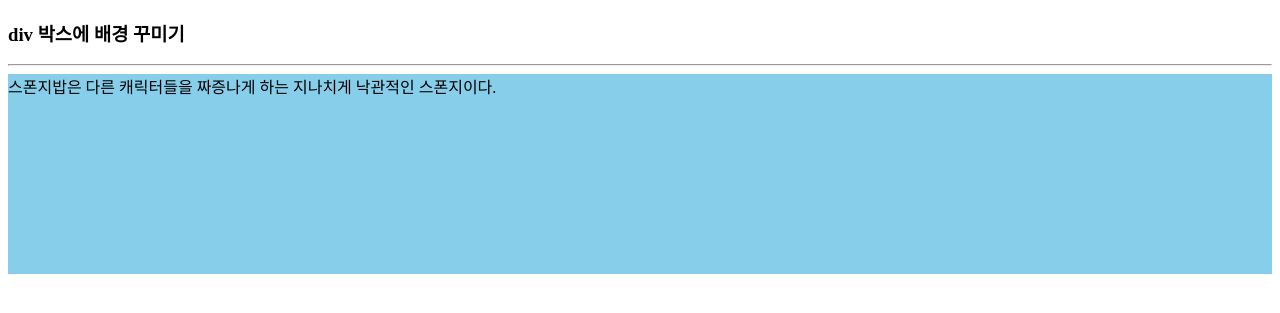
Repository: codelily98/Web
Page: CSS3/src/main/webapp/04_cssBoxModel/exam05.html
The author's editor kept a copy of each file at every save. The page is drawn from the files as they stood at one save, then again after the next save.
The browser window is 1280 px wide. The pictures show the whole page.

Above is the page before, as saved 2024-08-12 05:23:52.

After the next save:
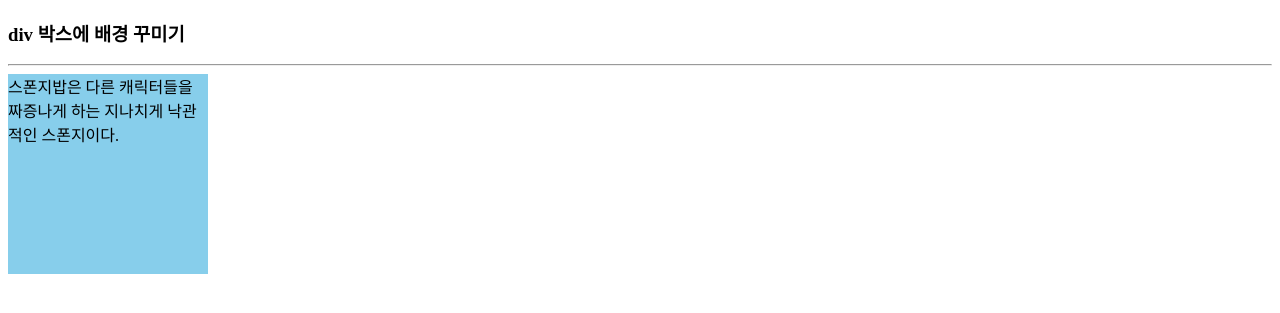
Saved 23 s later.
--- a/CSS3/src/main/webapp/04_cssBoxModel/exam05.html
+++ b/CSS3/src/main/webapp/04_cssBoxModel/exam05.html
@@ -7,7 +7,7 @@
 div {
 	background: skyblue;
 	font-size: 16px;
-	wdtih: 200px;
+	width: 200px;
 	height: 200px;
 
 }
